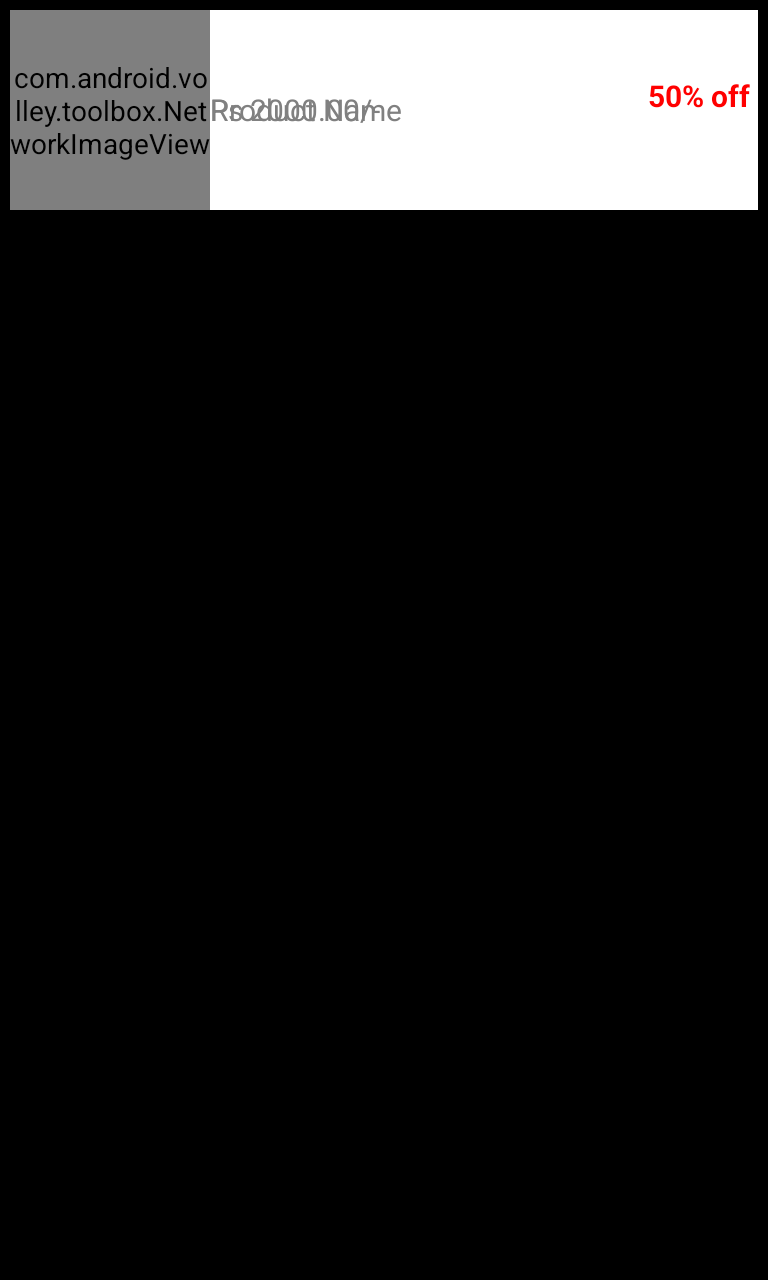
Repository: thisisdemo333/BigDiscount
Layout: BigDiscounts/res/layout/view_lv_search_list.xml
The author's editor kept a copy of each file at every save. The layout is drawn from the files as they stood at one save, then again after the next save.
Pictures or frames that could not be fetched are drawn as grey boxes. It is drawn on a 768 x 1280 px phone screen (xhdpi) without system bars, with theme AppTheme; the app's code is not run.

Above is the layout before, as saved 2015-05-10 16:33:19.

### BigDiscounts/res/layout/view_lv_search_list.xml
<?xml version="1.0" encoding="utf-8"?>
<LinearLayout xmlns:android="http://schemas.android.com/apk/res/android"
    android:layout_width="match_parent"
    android:layout_height="wrap_content"
    android:background="@color/Black"
    android:orientation="vertical"
    android:padding="@dimen/padding_5dp" >

    <RelativeLayout
        android:id="@+id/relativeLayout"
        android:layout_width="match_parent"
        android:layout_height="wrap_content"
        android:layout_centerVertical="true"
        android:background="@color/white" >

        <RelativeLayout
            android:id="@+id/image_loader"
            android:layout_width="wrap_content"
            android:layout_height="wrap_content" >

            <ProgressBar
                android:layout_width="wrap_content"
                android:layout_height="wrap_content"
                android:layout_centerInParent="true" />

            <com.android.volley.toolbox.NetworkImageView
                android:id="@+id/iv_product_image"
                android:layout_width="@dimen/dimen_search_item_image"
                android:layout_height="@dimen/dimen_search_item_image"
                android:layout_alignParentLeft="true"
                android:layout_alignParentTop="true"
                android:focusable="false"
                android:focusableInTouchMode="false"
                android:scaleType="fitXY" />
        </RelativeLayout>

        <TextView
            android:id="@+id/tv_product_name"
            android:layout_width="wrap_content"
            android:layout_height="wrap_content"
            android:layout_centerVertical="true"
            android:layout_marginTop="@dimen/margin_10dp"
            android:layout_toRightOf="@+id/image_loader"
            android:text="Product Name"
            android:textColor="@color/gray"
            android:textSize="@dimen/medium_text_size" />

        <TextView
            android:id="@+id/tv_product_selling_prise"
            android:layout_width="wrap_content"
            android:layout_height="wrap_content"
            android:layout_below="@+id/tv_product_name"
            android:layout_toRightOf="@+id/image_loader"
            android:layout_centerVertical="true"
            android:text="Rs 2000.00/-"
            android:textColor="@color/gray"
            android:textSize="@dimen/medium_text_size" />

        <!-- <TextView -->
        <!-- android:id="@+id/tv_product_mrp" -->
        <!-- android:layout_width="wrap_content" -->
        <!-- android:layout_height="wrap_content" -->
        <!-- android:layout_below="@+id/tv_product_selling_prise" -->
        <!-- android:layout_toRightOf="@+id/image_loader" -->
        <!-- android:text="50000.00/-" -->
        <!-- android:textColor="@color/gray" -->
        <!-- android:textSize="@dimen/medium_text_size" /> -->

        <TextView
            android:id="@+id/tv_product_offer"
            android:layout_width="wrap_content"
            android:layout_height="wrap_content"
            android:layout_alignParentRight="true"
            android:layout_below="@+id/tv_product_name"
            android:layout_marginRight="@dimen/margin_2dp"
            android:gravity="right"
            android:padding="@dimen/padding_2dp"
            android:text="50% off"
            android:textColor="@color/red"
            android:textSize="@dimen/medium_text_size"
            android:textStyle="bold" />
    </RelativeLayout>

</LinearLayout>

### BigDiscounts/res/values/styles.xml
<resources xmlns:android="http://schemas.android.com/apk/res/android">

    <!--
        Base application theme, dependent on API level. This theme is replaced
        by AppBaseTheme from res/values-vXX/styles.xml on newer devices.


    -->
    <style name="AppBaseTheme" parent="android:Theme.Light">
        <!--
            Theme customizations available in newer API levels can go in
            res/values-vXX/styles.xml, while customizations related to
            backward-compatibility can go here.


        -->
    </style>

    <!-- Application theme. -->
    <style name="AppTheme" parent="AppBaseTheme">

        <!-- All customizations that are NOT specific to a particular API-level can go here. -->
        <item name="android:actionBarStyle">@style/MyActionBar</item>
    </style>

    <!-- Action bar theme. -->
    <style name="MyActionBar" parent="@android:style/Widget.Holo.Light.ActionBar">
        <item name="android:background">@color/RoyalBlue</item>
        <item name="android:titleTextStyle">@style/AppTitle</item>
    </style>

    <!-- App title theme -->
    <style name="AppTitle" parent="@android:style/TextAppearance.Holo.Widget.ActionBar.Title">
        <item name="android:textColor">@color/white</item>
    </style>

</resources>

### BigDiscounts/res/values-hdpi/dimens.xml
<?xml version="1.0" encoding="utf-8"?>
<resources>

    <!-- Text Size -->
    <dimen name="very_small_text_size">8sp</dimen>
    <dimen name="sub_small_text_size">9sp</dimen>
    <dimen name="small_text_size">10sp</dimen>
    <dimen name="medium_text_size">15sp</dimen>
    <dimen name="large_text_size">25sp</dimen>
    <dimen name="very_large_text_size">35sp</dimen>

    <!-- padding -->
    <dimen name="padding_1dp">1dp</dimen>
    <dimen name="padding_2dp">2dp</dimen>
    <dimen name="padding_3dp">3dp</dimen>
    <dimen name="padding_4dp">4dp</dimen>
    <dimen name="padding_5dp">5dp</dimen>
    <dimen name="padding_6dp">6dp</dimen>
    <dimen name="padding_7dp">7dp</dimen>
    <dimen name="padding_8dp">8dp</dimen>
    <dimen name="padding_9dp">9dp</dimen>
    <dimen name="padding_10dp">10dp</dimen>
    <dimen name="padding_15dp">15dp</dimen>
    <dimen name="padding_20dp">20dp</dimen>
    <dimen name="padding_25dp">25dp</dimen>
    <dimen name="padding_30dp">30dp</dimen>
    <dimen name="padding_40dp">40dp</dimen>

    <!-- Margin -->
    <dimen name="margin_1dp">1dp</dimen>
    <dimen name="margin_2dp">2dp</dimen>
    <dimen name="margin_3dp">3dp</dimen>
    <dimen name="margin_4dp">4dp</dimen>
    <dimen name="margin_5dp">5dp</dimen>
    <dimen name="margin_6dp">6dp</dimen>
    <dimen name="margin_7dp">7dp</dimen>
    <dimen name="margin_8dp">8dp</dimen>
    <dimen name="margin_9dp">9dp</dimen>
    <dimen name="margin_10dp">10dp</dimen>
    <dimen name="margin_15dp">15dp</dimen>
    <dimen name="margin_20dp">20dp</dimen>
    <dimen name="margin_25dp">25dp</dimen>
    <dimen name="margin_30dp">30dp</dimen>

    <!-- Imageview Category Dimen -->
    <dimen name="imv_category_dimen">40dp</dimen>

    <!-- Category Fragment dimen -->
    <dimen name="dimen_hotdeals_listview">165dp</dimen>
    <dimen name="dimen_view_pager">165dp</dimen>
    <dimen name="dimen_hot_deals_image">165dp</dimen>
    <dimen name="dimen_product_image">165dp</dimen>

    <!-- Search Item Image dimen -->
    <dimen name="dimen_search_item_image">100dp</dimen>

    <!-- Advertise Screen Dimen -->
    <dimen name="dimen_advetise_viewpager">200dp</dimen>
    <dimen name="dimen_advertise_horizontal_listview">100dp</dimen>
    <dimen name="dimen_advertise_call_image">40dp</dimen>
    <dimen name="dimen_advertise_sms_image">40dp</dimen>
    <dimen name="dimen_advertise_pager_addres">100dp</dimen>

</resources>

### BigDiscounts/res/values-mdpi/dimens.xml
<?xml version="1.0" encoding="utf-8"?>
<resources>

    <!-- Text Size -->
    <dimen name="very_small_text_size">8sp</dimen>
    <dimen name="sub_small_text_size">9sp</dimen>
    <dimen name="small_text_size">10sp</dimen>
    <dimen name="medium_text_size">15sp</dimen>
    <dimen name="large_text_size">25sp</dimen>
    <dimen name="very_large_text_size">35sp</dimen>

    <!-- padding -->
    <dimen name="padding_1dp">1dp</dimen>
    <dimen name="padding_2dp">2dp</dimen>
    <dimen name="padding_3dp">3dp</dimen>
    <dimen name="padding_4dp">4dp</dimen>
    <dimen name="padding_5dp">5dp</dimen>
    <dimen name="padding_6dp">6dp</dimen>
    <dimen name="padding_7dp">7dp</dimen>
    <dimen name="padding_8dp">8dp</dimen>
    <dimen name="padding_9dp">9dp</dimen>
    <dimen name="padding_10dp">10dp</dimen>
    <dimen name="padding_15dp">15dp</dimen>
    <dimen name="padding_20dp">20dp</dimen>
    <dimen name="padding_25dp">25dp</dimen>
    <dimen name="padding_30dp">30dp</dimen>
    <dimen name="padding_40dp">40dp</dimen>

    <!-- Margin -->
    <dimen name="margin_1dp">1dp</dimen>
    <dimen name="margin_2dp">2dp</dimen>
    <dimen name="margin_3dp">3dp</dimen>
    <dimen name="margin_4dp">4dp</dimen>
    <dimen name="margin_5dp">5dp</dimen>
    <dimen name="margin_6dp">6dp</dimen>
    <dimen name="margin_7dp">7dp</dimen>
    <dimen name="margin_8dp">8dp</dimen>
    <dimen name="margin_9dp">9dp</dimen>
    <dimen name="margin_10dp">10dp</dimen>
    <dimen name="margin_15dp">15dp</dimen>
    <dimen name="margin_20dp">20dp</dimen>
    <dimen name="margin_25dp">25dp</dimen>
    <dimen name="margin_30dp">30dp</dimen>

    <!-- Imageview Category Dimen -->
    <dimen name="imv_category_dimen">35dp</dimen>

    <!-- Category Fragment dimen -->
    <dimen name="dimen_hotdeals_listview">150dp</dimen>
    <dimen name="dimen_view_pager">150dp</dimen>
    <dimen name="dimen_hot_deals_image">150dp</dimen>
    <dimen name="dimen_product_image">150dp</dimen>

    <!-- Search Item Image dimen -->
    <dimen name="dimen_search_item_image">100dp</dimen>

    <!-- Advertise Screen Dimen -->
    <dimen name="dimen_advetise_viewpager">200dp</dimen>
    <dimen name="dimen_advertise_horizontal_listview">100dp</dimen>
    <dimen name="dimen_advertise_call_image">40dp</dimen>
    <dimen name="dimen_advertise_sms_image">40dp</dimen>
    <dimen name="dimen_advertise_pager_addres">100dp</dimen>

</resources>

### BigDiscounts/res/values-xhdpi/dimens.xml
<?xml version="1.0" encoding="utf-8"?>
<resources>

    <!-- Text Size -->
    <dimen name="very_small_text_size">8sp</dimen>
    <dimen name="sub_small_text_size">9sp</dimen>
    <dimen name="small_text_size">10sp</dimen>
    <dimen name="medium_text_size">15sp</dimen>
    <dimen name="large_text_size">25sp</dimen>
    <dimen name="very_large_text_size">35sp</dimen>

    <!-- padding -->
    <dimen name="padding_1dp">1dp</dimen>
    <dimen name="padding_2dp">2dp</dimen>
    <dimen name="padding_3dp">3dp</dimen>
    <dimen name="padding_4dp">4dp</dimen>
    <dimen name="padding_5dp">5dp</dimen>
    <dimen name="padding_6dp">6dp</dimen>
    <dimen name="padding_7dp">7dp</dimen>
    <dimen name="padding_8dp">8dp</dimen>
    <dimen name="padding_9dp">9dp</dimen>
    <dimen name="padding_10dp">10dp</dimen>
    <dimen name="padding_15dp">15dp</dimen>
    <dimen name="padding_20dp">20dp</dimen>
    <dimen name="padding_25dp">25dp</dimen>
    <dimen name="padding_30dp">30dp</dimen>
    <dimen name="padding_40dp">40dp</dimen>

    <!-- Margin -->
    <dimen name="margin_1dp">1dp</dimen>
    <dimen name="margin_2dp">2dp</dimen>
    <dimen name="margin_3dp">3dp</dimen>
    <dimen name="margin_4dp">4dp</dimen>
    <dimen name="margin_5dp">5dp</dimen>
    <dimen name="margin_6dp">6dp</dimen>
    <dimen name="margin_7dp">7dp</dimen>
    <dimen name="margin_8dp">8dp</dimen>
    <dimen name="margin_9dp">9dp</dimen>
    <dimen name="margin_10dp">10dp</dimen>
    <dimen name="margin_15dp">15dp</dimen>
    <dimen name="margin_20dp">20dp</dimen>
    <dimen name="margin_25dp">25dp</dimen>
    <dimen name="margin_30dp">30dp</dimen>

    <!-- Imageview Category Dimen -->
    <dimen name="imv_category_dimen">45dp</dimen>

    <!-- Category Fragment dimen -->
    <dimen name="dimen_hotdeals_listview">165dp</dimen>
    <dimen name="dimen_view_pager">165dp</dimen>
    <dimen name="dimen_hot_deals_image">165dp</dimen>
    <dimen name="dimen_product_image">165dp</dimen>


    <!-- Search Item Image dimen -->
    <dimen name="dimen_search_item_image">100dp</dimen>

    <!-- Advertise Screen Dimen -->
    <dimen name="dimen_advetise_viewpager">200dp</dimen>
    <dimen name="dimen_advertise_horizontal_listview">100dp</dimen>
    <dimen name="dimen_advertise_call_image">40dp</dimen>
    <dimen name="dimen_advertise_sms_image">40dp</dimen>
    <dimen name="dimen_advertise_pager_addres">100dp</dimen>

</resources>

Loaded but not shown: BigDiscounts/res/values-v11/styles.xml (common file); BigDiscounts/res/values-v14/styles.xml (common file); BigDiscounts/res/values/colors.xml (184 lines, source omitted)

After the next save:
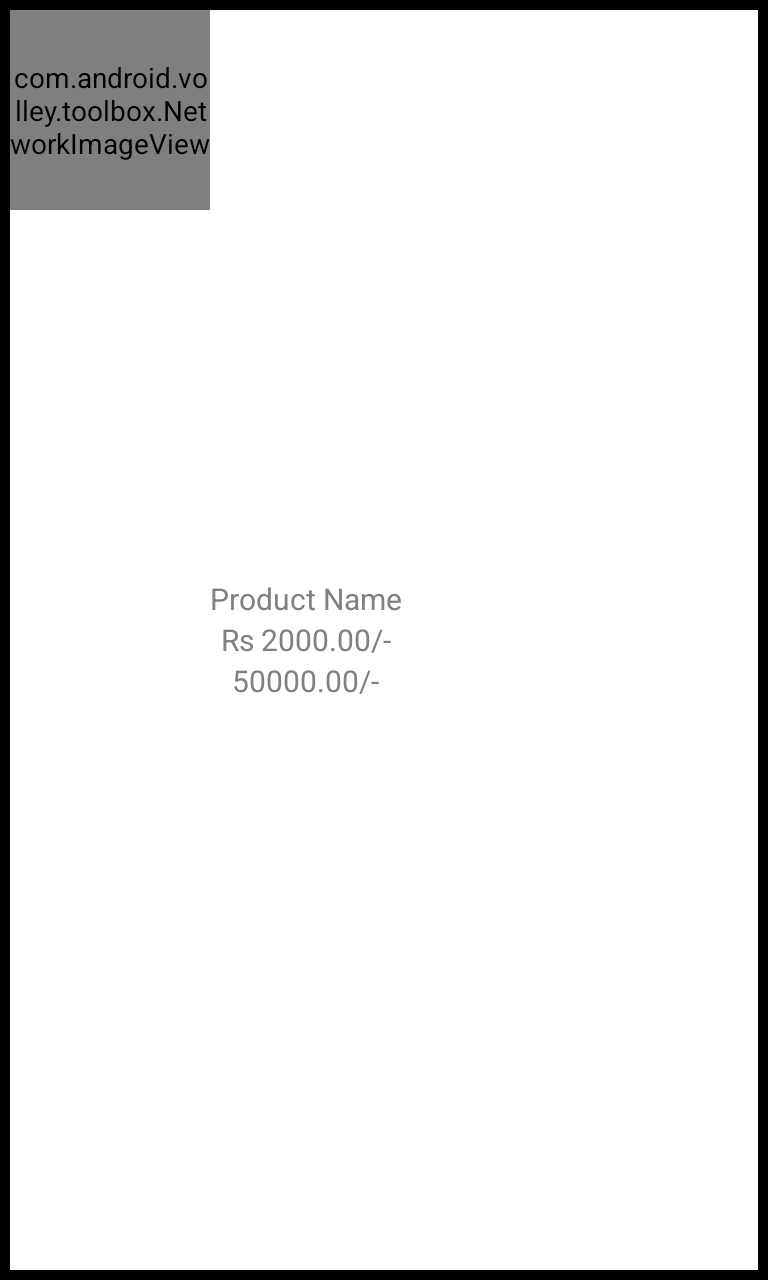
Saved 117 s later.
--- a/BigDiscounts/res/layout/view_lv_search_list.xml
+++ b/BigDiscounts/res/layout/view_lv_search_list.xml
@@ -34,51 +34,52 @@
                 android:scaleType="fitXY" />
         </RelativeLayout>
 
-        <TextView
-            android:id="@+id/tv_product_name"
+        <LinearLayout
             android:layout_width="wrap_content"
-            android:layout_height="wrap_content"
-            android:layout_centerVertical="true"
-            android:layout_marginTop="@dimen/margin_10dp"
+            android:layout_height="match_parent"
             android:layout_toRightOf="@+id/image_loader"
-            android:text="Product Name"
-            android:textColor="@color/gray"
-            android:textSize="@dimen/medium_text_size" />
+            android:orientation="vertical"
+            android:gravity="center" >
 
-        <TextView
-            android:id="@+id/tv_product_selling_prise"
-            android:layout_width="wrap_content"
-            android:layout_height="wrap_content"
-            android:layout_below="@+id/tv_product_name"
-            android:layout_toRightOf="@+id/image_loader"
-            android:layout_centerVertical="true"
-            android:text="Rs 2000.00/-"
-            android:textColor="@color/gray"
-            android:textSize="@dimen/medium_text_size" />
+            <TextView
+                android:id="@+id/tv_product_name"
+                android:layout_width="wrap_content"
+                android:layout_height="wrap_content"
+                android:layout_centerVertical="true"
+                android:text="Product Name"
+                android:textColor="@color/gray"
+                android:textSize="@dimen/medium_text_size" />
+
+            <TextView
+                android:id="@+id/tv_product_selling_prise"
+                android:layout_width="wrap_content"
+                android:layout_height="wrap_content"
+                android:text="Rs 2000.00/-"
+                android:textColor="@color/gray"
+                android:textSize="@dimen/medium_text_size" />
+
+            <TextView
+                android:id="@+id/tv_product_mrp"
+                android:layout_width="wrap_content"
+                android:layout_height="wrap_content"
+                android:text="50000.00/-"
+                android:textColor="@color/gray"
+                android:textSize="@dimen/medium_text_size" />
+        </LinearLayout>
 
         <!-- <TextView -->
-        <!-- android:id="@+id/tv_product_mrp" -->
+        <!-- android:id="@+id/tv_product_offer" -->
         <!-- android:layout_width="wrap_content" -->
         <!-- android:layout_height="wrap_content" -->
-        <!-- android:layout_below="@+id/tv_product_selling_prise" -->
-        <!-- android:layout_toRightOf="@+id/image_loader" -->
-        <!-- android:text="50000.00/-" -->
-        <!-- android:textColor="@color/gray" -->
-        <!-- android:textSize="@dimen/medium_text_size" /> -->
-
-        <TextView
-            android:id="@+id/tv_product_offer"
-            android:layout_width="wrap_content"
-            android:layout_height="wrap_content"
-            android:layout_alignParentRight="true"
-            android:layout_below="@+id/tv_product_name"
-            android:layout_marginRight="@dimen/margin_2dp"
-            android:gravity="right"
-            android:padding="@dimen/padding_2dp"
-            android:text="50% off"
-            android:textColor="@color/red"
-            android:textSize="@dimen/medium_text_size"
-            android:textStyle="bold" />
+        <!-- android:layout_alignParentRight="true" -->
+        <!-- android:layout_below="@+id/tv_product_name" -->
+        <!-- android:layout_marginRight="@dimen/margin_2dp" -->
+        <!-- android:gravity="right" -->
+        <!-- android:padding="@dimen/padding_2dp" -->
+        <!-- android:text="50% off" -->
+        <!-- android:textColor="@color/red" -->
+        <!-- android:textSize="@dimen/medium_text_size" -->
+        <!-- android:textStyle="bold" /> -->
     </RelativeLayout>
 
 </LinearLayout>

After the save that followed:
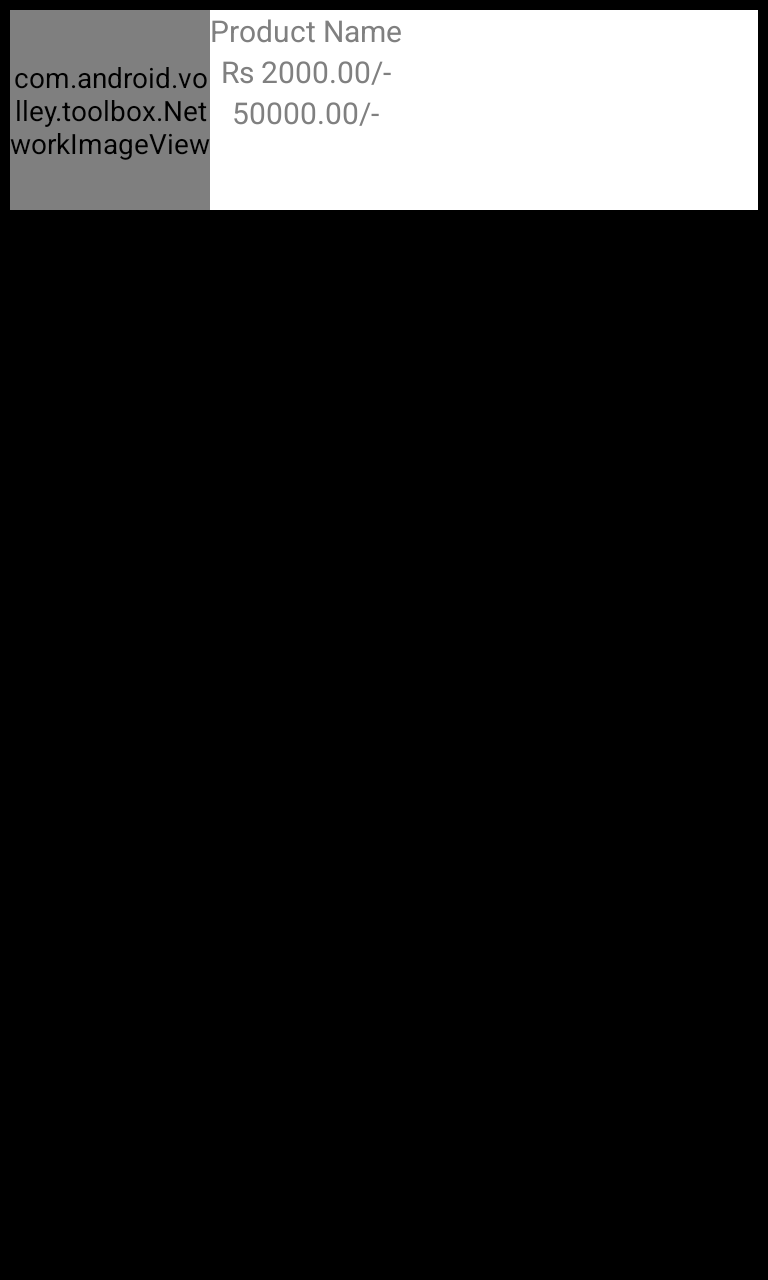
Saved 14 s later.
--- a/BigDiscounts/res/layout/view_lv_search_list.xml
+++ b/BigDiscounts/res/layout/view_lv_search_list.xml
@@ -36,7 +36,7 @@
 
         <LinearLayout
             android:layout_width="wrap_content"
-            android:layout_height="match_parent"
+            android:layout_height="wrap_content"
             android:layout_toRightOf="@+id/image_loader"
             android:orientation="vertical"
             android:gravity="center" >
